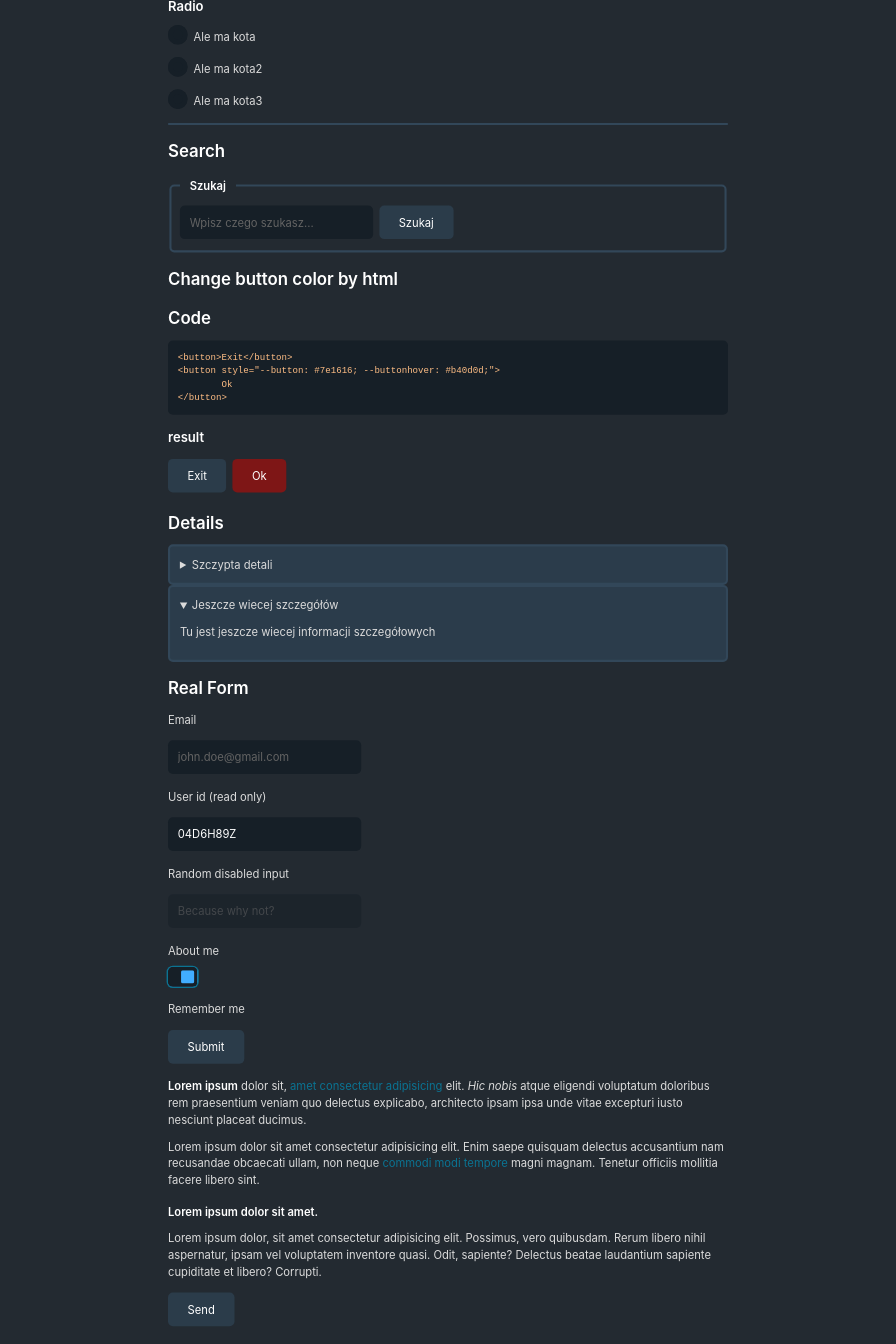
Repository: KozakBartosz/Draft
Page: index.html
These files come from the project's save history. The page is drawn as it stood at one moment and after the next save; the edit follows.
The browser window is 1280 px wide. The pictures show the part of the page from y = 2752 to 4672 px (the page is 4672 px tall before and 4664 px after), at 70% of full size.

Above is the page before, as saved 2019-04-12 08:47:45.

After the next save:
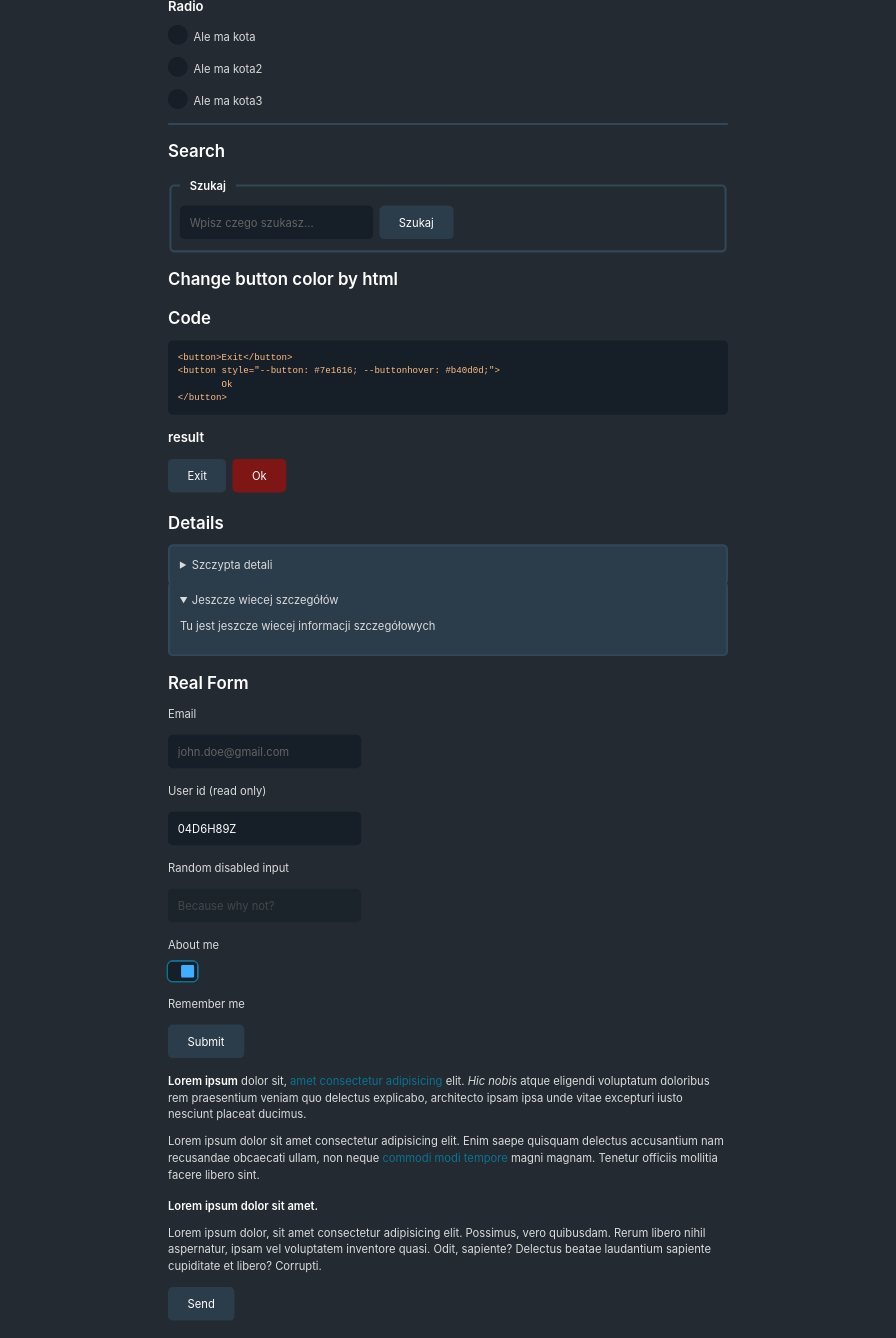
Saved 14 s later.
--- a/draft.css
+++ b/draft.css
@@ -334,7 +334,7 @@ details {
 }
 details + details {
 	margin-top: -5px;
-	margin-top: 0;
+	border-top: none;
 }
 
 table {
